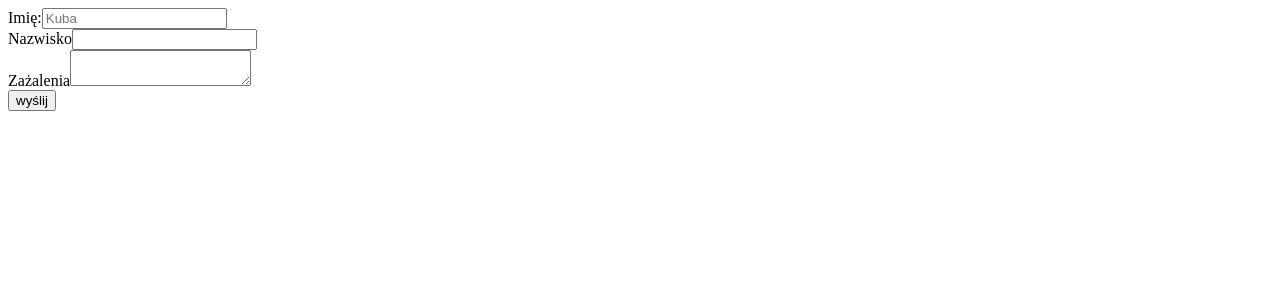
Repository: Gumiin/studia
Page: wykłady/5.05/formularze.html
These files come from the project's save history. The page is drawn as it stood at one moment and after the next save; the edit follows.
The browser window is 1280 px wide. The pictures show the whole page.

Above is the page before, as saved 2021-05-05 14:12:16.

### wykłady/5.05/formularze.html
<!DOCTYPE html>
<html lang="en">
<head>
    <meta charset="UTF-8">
    <meta http-equiv="X-UA-Compatible" content="IE=edge">
    <meta name="viewport" content="width=device-width, initial-scale=1.0">
    <title>Document</title>
</head>
<body>
    <form action="" method="post" enctype="multipart/form-data">
        Imię:<input type="text" name="imie"id="imie" placeholder="Kuba"><br>
        Nazwisko<input type="text" name="nazwisko"id="nazwisko"><br>
        <!-- <input type="text" name="kod_p"id="kod_p">
        <input type="password" name="" id="">
        <input type="email" name="" id="">
        <input type="radio" name="" id="">
        <input type="file" name="" id="">
        <input type="date" name="" id=""> -->
        Zażalenia<textarea></textarea><br>
        <input type="submit" value="wyślij">
    </form>
</body>
</html>

After the next save:
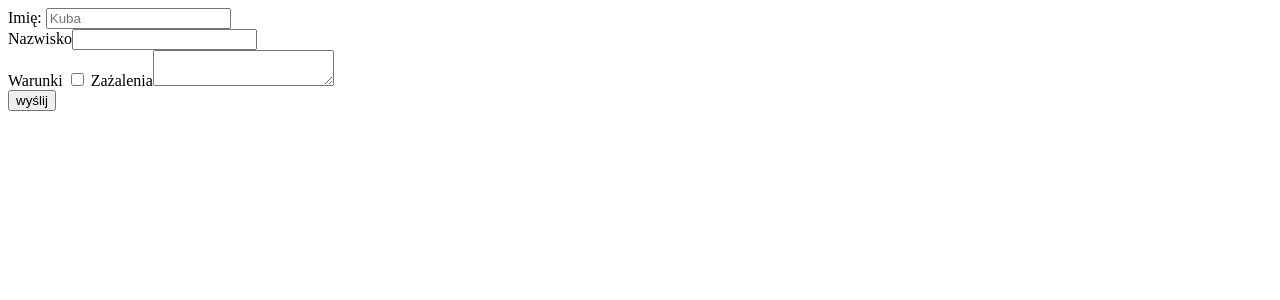
Saved 86 s later.
--- a/wykłady/5.05/formularze.html
+++ b/wykłady/5.05/formularze.html
@@ -8,7 +8,8 @@
 </head>
 <body>
     <form action="" method="post" enctype="multipart/form-data">
-        Imię:<input type="text" name="imie"id="imie" placeholder="Kuba"><br>
+        <label for="imie">Imię:</label>
+        <input type="text" name="imie"id="imie" placeholder="Kuba"><br>
         Nazwisko<input type="text" name="nazwisko"id="nazwisko"><br>
         <!-- <input type="text" name="kod_p"id="kod_p">
         <input type="password" name="" id="">
@@ -16,6 +17,8 @@
         <input type="radio" name="" id="">
         <input type="file" name="" id="">
         <input type="date" name="" id=""> -->
+        <label for="agree">Warunki</label>
+        <input type="checkbox" name="agree" id="agree">
         Zażalenia<textarea></textarea><br>
         <input type="submit" value="wyślij">
     </form>
